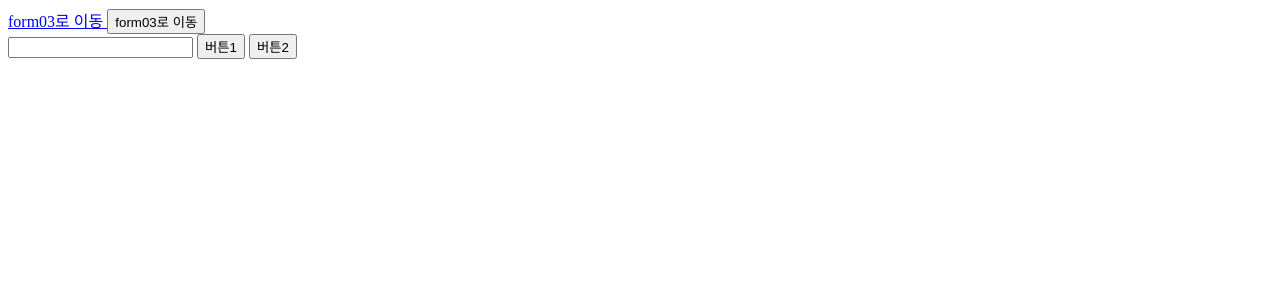
Repository: pyeonm30/PYMjspWorkspace
Page: http://localhost/basicJSP/ex07_from06.jsp
An editor plug-in stored every save of this project. The page is shown before and after the next save, followed by the edit.
The browser window is 1280 px wide. The pictures show the whole page.
The page is served by Tomcat 9.

Above is the page before, as saved 2024-01-30 02:11:35.

After the next save:
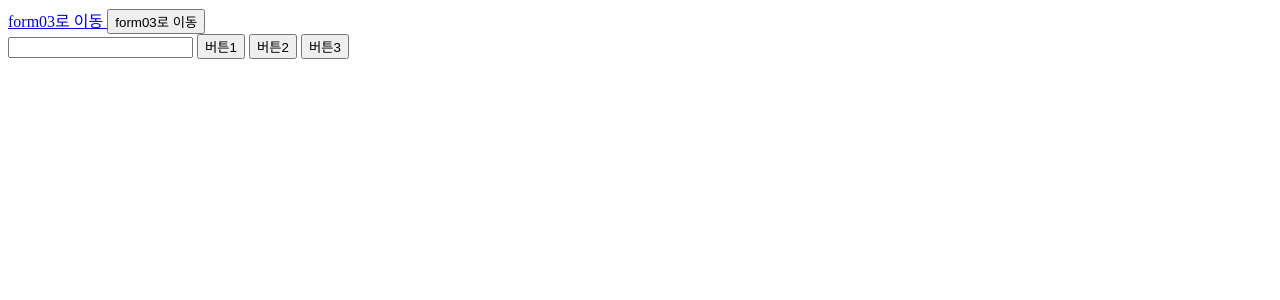
Saved 23 s later.
--- a/basicJSP/src/main/webapp/ex07_from06.jsp
+++ b/basicJSP/src/main/webapp/ex07_from06.jsp
@@ -14,6 +14,7 @@
    	<input type="number" name="num" />
    	<input type="button" value="버튼1"/>
    	<input type="submit" value="버튼2"/>
+   	<button> 버튼3</button>
    </form>
 
 </body>
